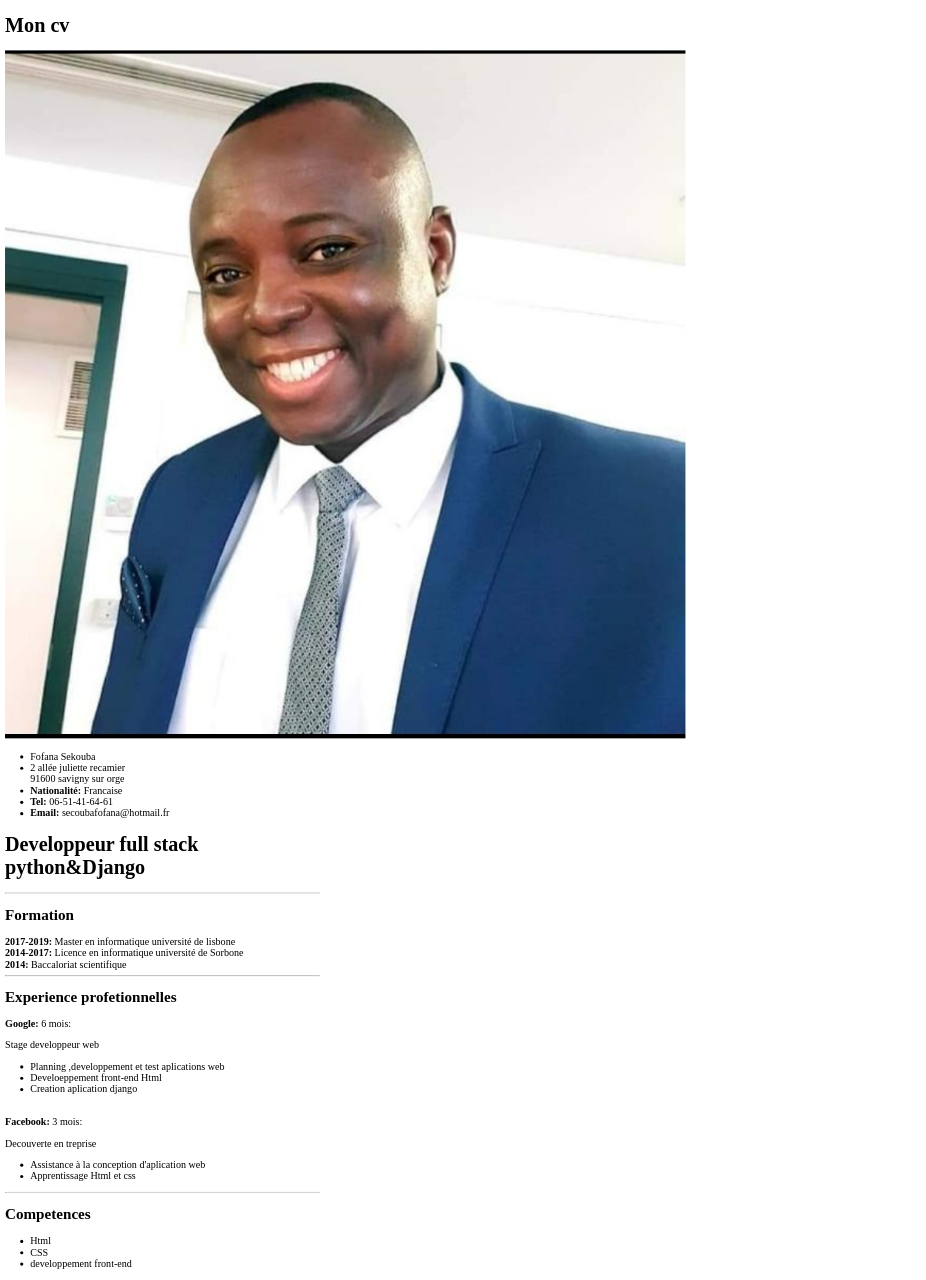
Repository: lamdakara/cv-html
Page: index.html
An editor plug-in stored every save of this project. The page is shown before and after the next save, followed by the edit.
The browser window is 1280 px wide. The page is 1280 px wide, then 1470 px, so the pictures cover 1470 px, including what lies to the right of the window. The pictures show the whole page, at 63% of full size.
Some web libraries are served in a nearby version.

Above is the page before, as saved 2023-08-26 12:36:54.

After the next save:
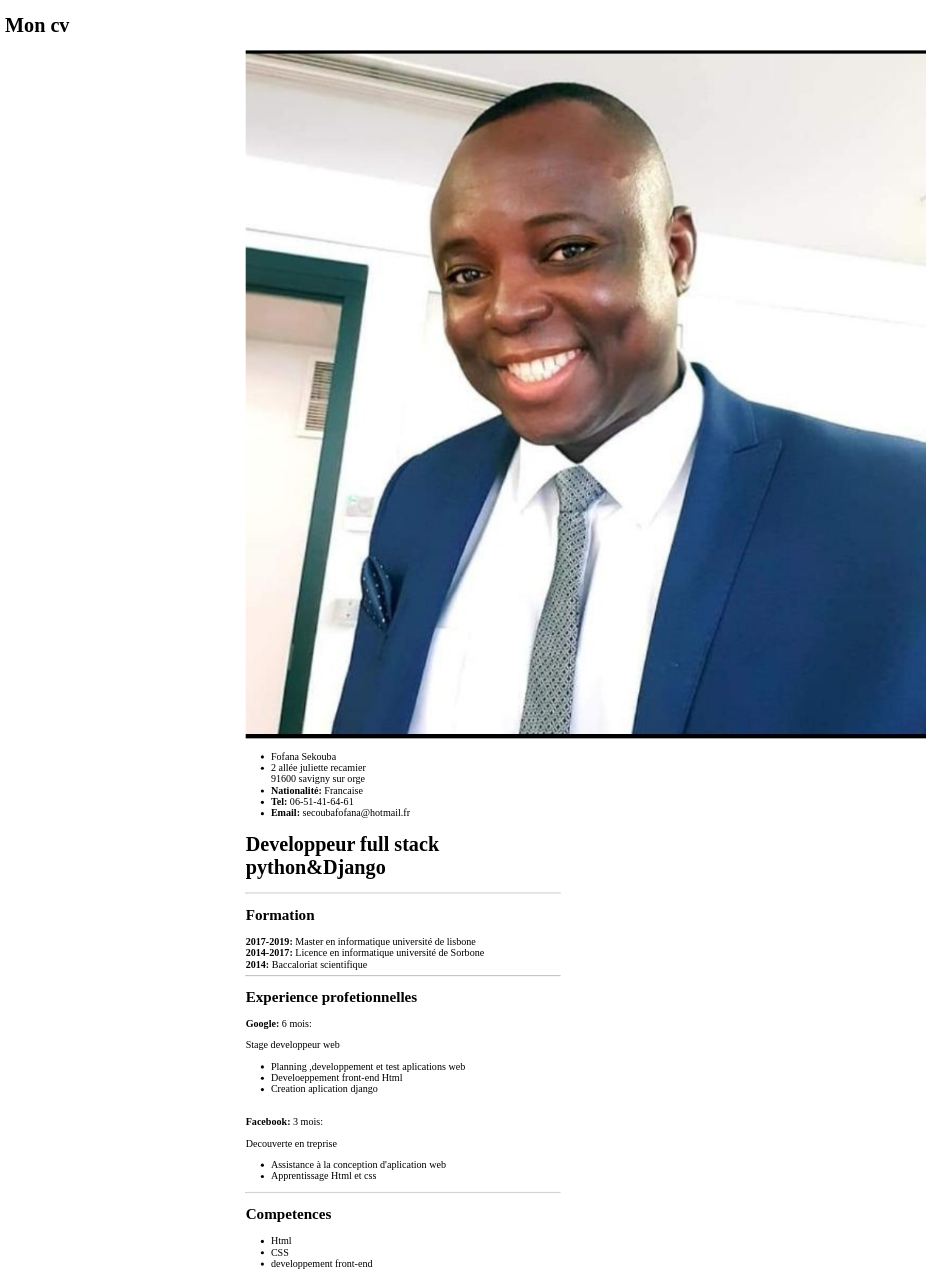
Saved 25 min 18 s later.
--- a/css/style.css
+++ b/css/style.css
@@ -1,3 +1,8 @@
 .contenue{
     width: 500px;
+    margin: 0 auto;
 }
+.lliste-details{
+
+}
+.cv-section
